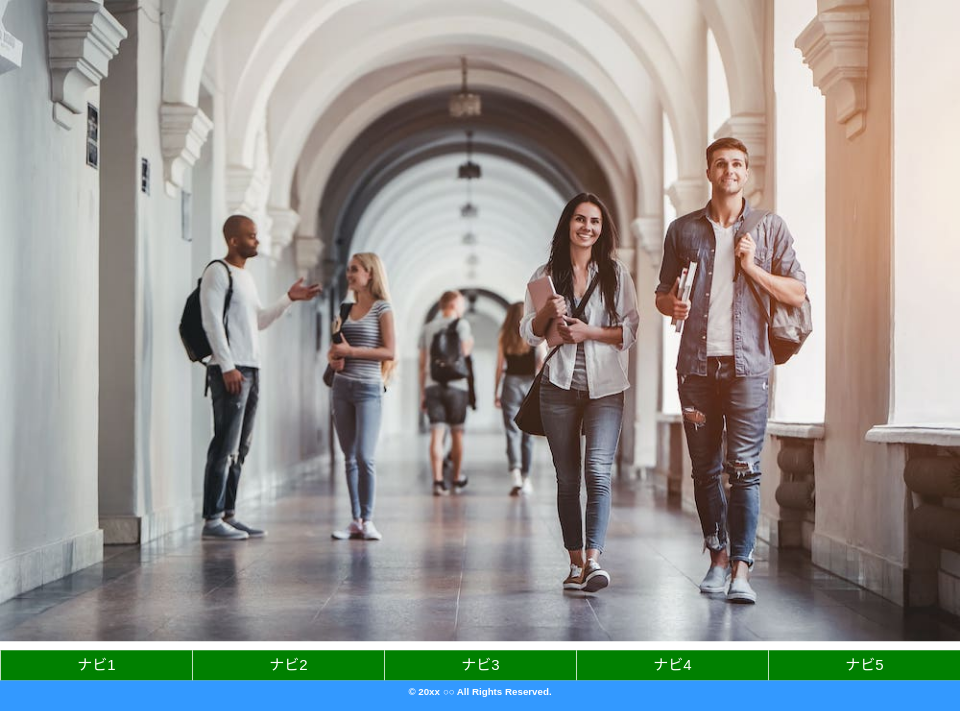
Repository: hikunn117/samurai_HTML-CSS
Page: samurai/home.html
The author's editor kept a record of every edit. The page is drawn from the files as they stood at one moment, then again after the next edit.
The browser window is 1280 px wide. The pictures show the whole page, at 75% of full size.
Pictures or frames that could not be fetched are drawn as grey boxes.

Above is the page before.

### samurai/home.html
<!DOCTYPE html>
<html lang="ja">
    <head>
        <meta charset="UTF-8">
        <title>HTML/CSSの学習</title>
        <link rel="stylesheet" href="stylesheet.css">
    </head>
    <body>
        <div id="header">
            <h1><a href="index.html"><img id="corridor" src="images/corridor.jpg" alt="大学の廊下" /></a></h1>
        </div>
        <div id="wrapper">
            <div id="nav">
                <ul>
                    <li><a href="home.html">ナビ1</a></li>
                    <li><a href="#">ナビ2</a></li>
                    <li><a href="#">ナビ3</a></li>
                    <li><a href="#">ナビ4</a></li>
                    <li><a href="#">ナビ5</a></li>
                </ul>
            </div>
        </div>
        <div id="footer">
            <p>&copy; 20xx ○○ All Rights Reserved.</p>
        </div>
    </body>
</html>

### samurai/stylesheet.css
@charset "utf-8";

body {
	margin: 0;
	padding: 0;
	font-family: "ヒラギノ角ゴ Pro W3", "Hiragino Kaku Gothic Pro", "メイリオ", Meiryo, Osaka, "ＭＳ Ｐゴシック", "MS PGothic", sans-serif;
	color: #333;
	font-size: 13px;
	line-height: 150%;
}

/* -------------------- wrapper -------------------- */
#wrapper {
    width: 100%;
    margin: auto;
    padding: 0px;
    border: 0px;
    background-color: #FFF;
    top: 10px;
    position: relative;
}

/* -------------------- header -------------------- */
#header {
	width: 100%;
}
#header h1 {
	margin: 0;
	padding: 0;
}

#corridor {
	width: 100%;
	height: auto;
}

/* -------------------- footer -------------------- */
#footer {
	clear: both;
	width: 100%;
	padding: 3px 0 3px 0;
	background: #39F;
	color: #FFF;
	font-weight: bold;
	text-align: center;
}

 /* -------------------- nav -------------------- */
 #nav {
	 width: 100%;
 }
 #nav ul {
    display: flex;
	 margin: 0;
	 padding: 0;
	 list-style-type: none;
 }
 #nav ul li {

	 width: 20%;
	 text-align: center;
 }
 #nav ul li a {
	 display: block;
	 height: 20px;
	 margin: 0;
	 padding: 10px;
	 color: #FFF;
	 font-size: 20px;
	 text-decoration: none;
	 background-color: green;
    border-left: 1px solid white;
 }

 #nav ul li a:hover {
	 filter: drop-shadow(10px 10px 10px black);
 }

 /* -------------------- container -------------------- */
 #container {
	 width: 100%;
	 margin: auto ;
	 padding-top: 20px;
	 clear: both;
    display: grid;
    grid-template-columns: 70vw 30vw;
 }
 /* -------------------- main -------------------- */
 #main {
    width: 95%;
	 padding: 10px 30px 10px 10px;
 }
 #main h2 {
	 margin: 0 0 10px 0;
	 padding: 3px 10px 3px 10px;
	 color: #FFF;
	 font-size: 16px;
	 border-left: solid 10px #C00;
	 background: #F90 url(../images/main_h2.jpg) right top repeat-y;
 }
 #main p {
	 margin: 0;
	 padding: 0;
 }
 #main .post {
	 margin: 0 0 30px 0;
 }

 #main .post img.right {
	 margin: 0 0 0 8px;
 }
 #main .post img.left {
	 margin: 0 8px 0 0;
 }

 .right {
	 float: right;
	 width: 40%;
	 height: auto;
 }
 .left {
	 float: left;
	 width: 40%;
	 height: auto;
 }

 /* -------------------- clearfix -------------------- */
 .clearfix {
	 zoom: 1;
 }
 .clearfix:after{
	 content: "";
	 display: block;
	 clear: both;
 }

 /* -------------------- side -------------------- */
 #side {
     width: 85%;
 	 padding: 20px;
 	 background-color: #F99;
 }
 #side .box {
 	 margin: 0 auto 30px auto;
 	 padding: 0 0 20px 0;
 	 background: url(images/side_box.png) bottom no-repeat;
 }
 #side .box h2 {
 	 margin: 0;
 	 padding: 8px;
 	 text-align: center;
 	 color: #fff;
 	 font-size: 16px;
 	 line-height: 16px;
 	 font-weight: normal;
 	 background: url(images/side_box_h2.png) center no-repeat;
 }
 #side .box .boxBody {
 	 padding: 8px;
 	 border-right: solid 1px #C36;
 	 border-bottom: solid 1px #C36;
 	 border-left: solid 1px #C36;
 	 background: #fff;
 }
 #side .box .boxBody ul {
 	 margin: 0 0 16px 0;
 	 padding: 0;
 }
 #side .box .boxBody ul li {
 	 padding: 8px 0 8px 4px;
 	 list-style: none;
 	 border-bottom: solid 1px #C36;
 }

 #side .box .boxBody ul li:hover {
	 padding: 8px 0 8px 4px;
	 list-style: none;
	 border-bottom: solid 1px #C36;
	 box-shadow: 0px 4px 4px rgba(0, 0, 0, 0.3);
 }

After the next edit:
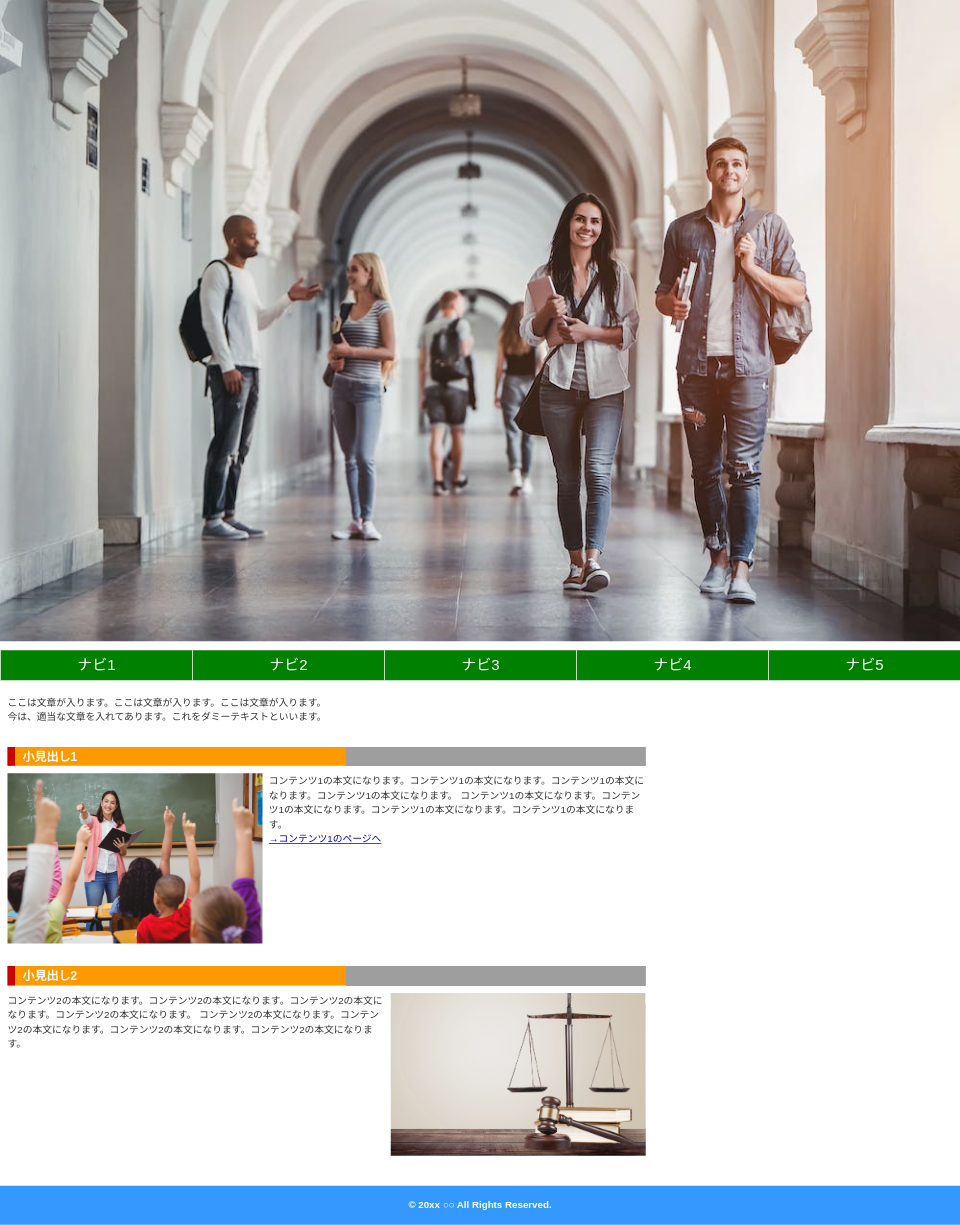
The edit:
--- a/samurai/home.html
+++ b/samurai/home.html
@@ -20,6 +20,30 @@
                 </ul>
             </div>
         </div>
+            <div id="container">
+                <div id="main">
+                    <div class="post">
+                        <p>ここは文章が入ります。ここは文章が入ります。ここは文章が入ります。<br />今は、適当な文章を入れてあります。これをダミーテキストといいます。</p>
+                    </div>
+                    <div class="post clearfix">
+                        <h2>小見出し1</h2>
+                        <img class="left" src="images/classroom.jpg" alt="授業風景" />
+                        <p>
+                            コンテンツ1の本文になります。コンテンツ1の本文になります。コンテンツ1の本文になります。コンテンツ1の本文になります。
+                            コンテンツ1の本文になります。コンテンツ1の本文になります。コンテンツ1の本文になります。コンテンツ1の本文になります。
+                        </p>
+                        <p><a href="#">→コンテンツ1のページへ</a></p>
+                    </div>
+                    <div class="post clearfix">
+                        <h2>小見出し2</h2>
+                        <img class="right" src="images/scale.jpg" alt="天秤" />
+                        <p>
+                            コンテンツ2の本文になります。コンテンツ2の本文になります。コンテンツ2の本文になります。コンテンツ2の本文になります。
+                            コンテンツ2の本文になります。コンテンツ2の本文になります。コンテンツ2の本文になります。コンテンツ2の本文になります。
+                        </p>
+                    </div>
+                </div>
+            </div>
         <div id="footer">
             <p>&copy; 20xx ○○ All Rights Reserved.</p>
         </div>
